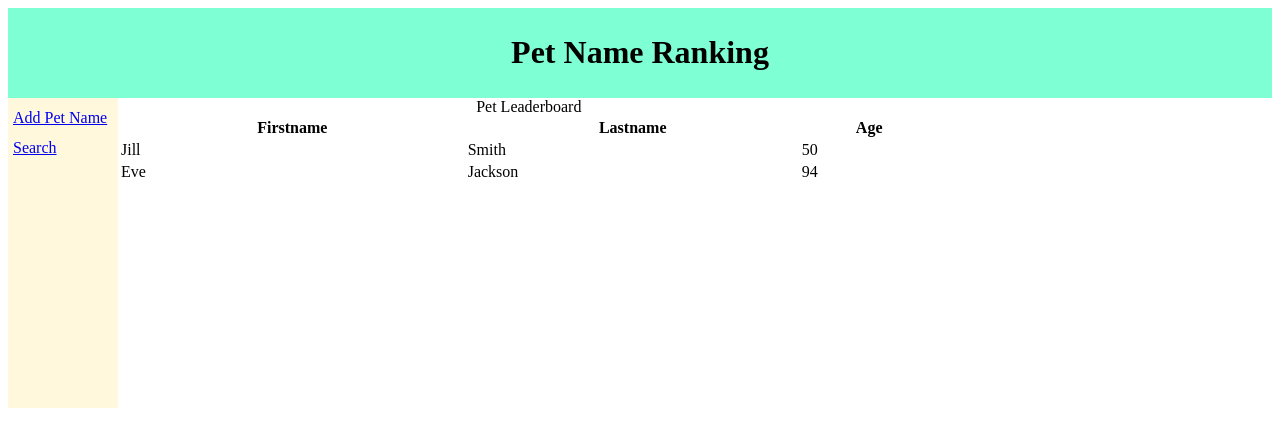
Repository: mutterbucket/TriplettTermProject4830
Page: workspaceCSCI4830-tech-excercise-Triplett/techExcerciseTriplett/WebContent/leaderboard.html
The author's editor kept a copy of each file at every save. The page is drawn from the files as they stood at one save, then again after the next save.
The browser window is 1280 px wide. The pictures show the whole page.

Above is the page before, as saved 2020-02-21 23:12:31.

After the next save:
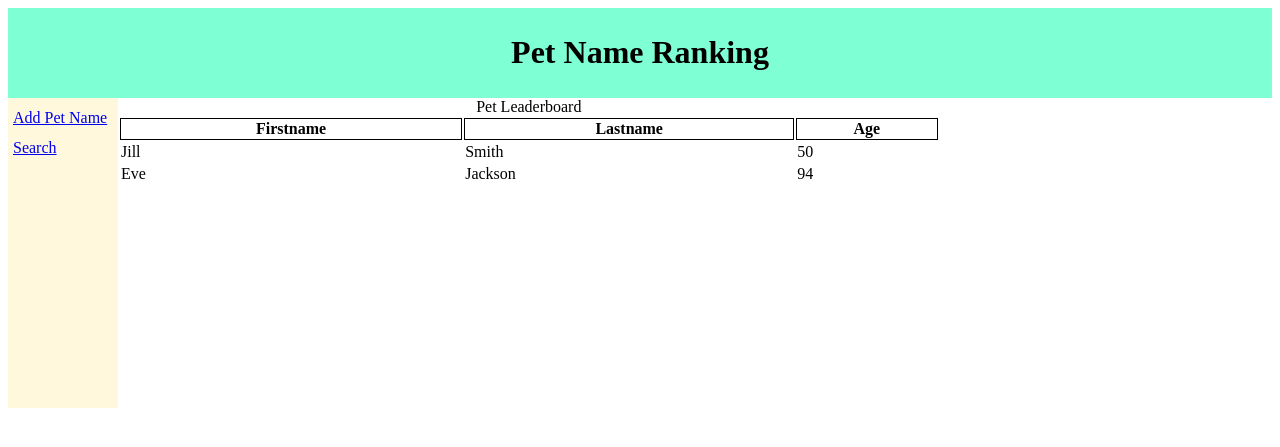
Saved 14 s later.
--- a/workspaceCSCI4830-tech-excercise-Triplett/techExcerciseTriplett/WebContent/leaderboard.html
+++ b/workspaceCSCI4830-tech-excercise-Triplett/techExcerciseTriplett/WebContent/leaderboard.html
@@ -29,7 +29,7 @@ footer {
     text-align:center;
     padding:5px;
 }
-tr {
+th {
   border: 1px solid black;
 }
 table#t01 tr:nth-child(even) {
